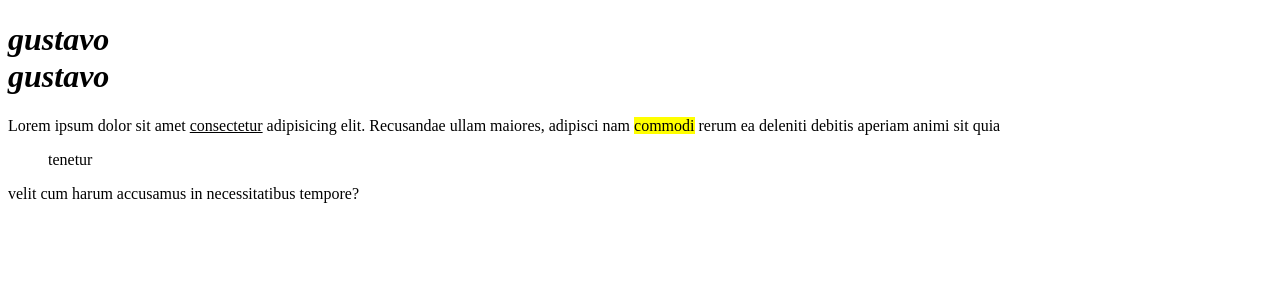
Repository: gustavotwist/html-css
Page: nova.html
The author's editor kept a copy of each file at every save. The page is drawn from the files as they stood at one save, then again after a run of saves.
The browser window is 1280 px wide. The pictures show the whole page.

Above is the page before, as saved 2024-04-24 20:35:56.

After the next 3 saves:
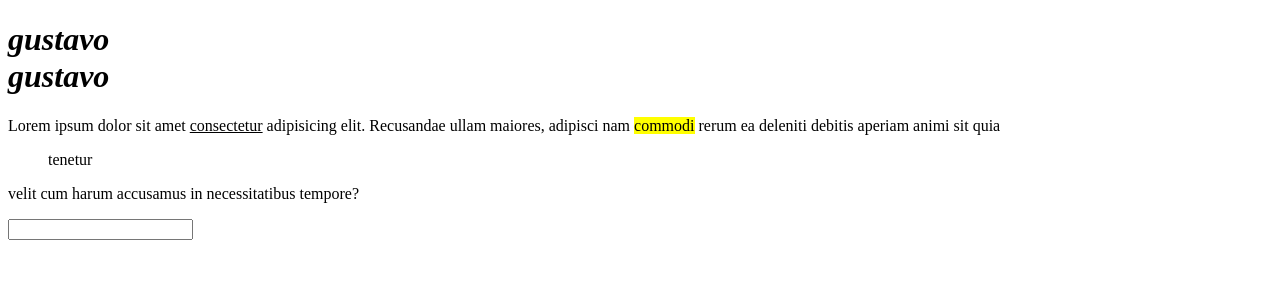
The 3 saves are shown as one change because they came seconds apart.
The last was saved 29 s later.
--- a/nova.html
+++ b/nova.html
@@ -9,6 +9,8 @@
    <h1><strong><i>gustavo</i></strong><br> <em>gustavo</em></h1>
    <p>Lorem ipsum dolor sit amet <u>consectetur</u> adipisicing elit. Recusandae ullam maiores, adipisci nam <mark>commodi</mark> rerum ea deleniti debitis aperiam animi sit quia <blockquote>tenetur</blockquote> velit cum harum accusamus in necessitatibus tempore?</p>
 
+   <input type="text">
+
 
 </body>
 </html>
